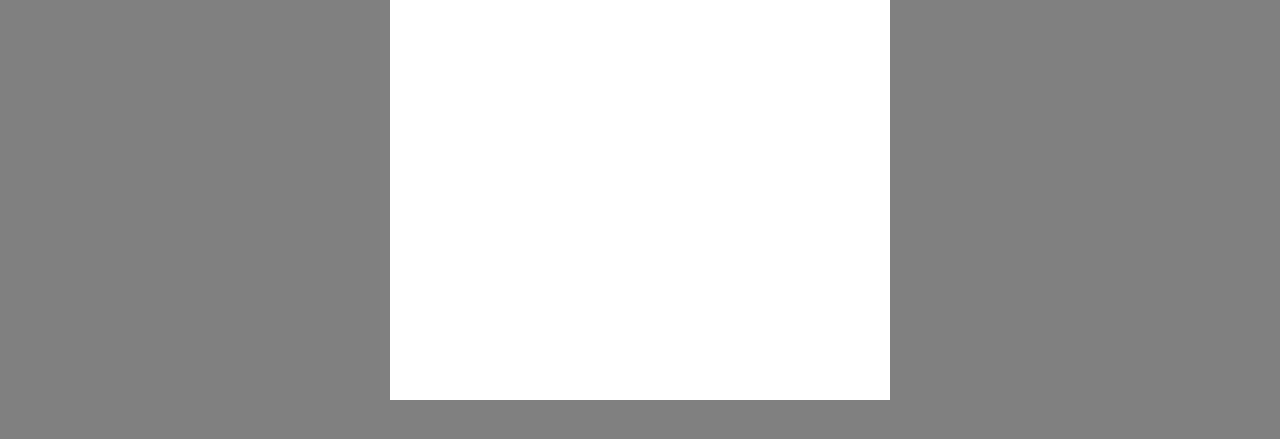
Repository: lihaitao123321/vue-demo-1
Page: /
These files come from the project's save history. The page is drawn as it stood at one moment and after the next save; the edit follows.
The browser window is 1280 px wide. The pictures show the whole page.
The project was rebuilt for these pictures with package versions that can differ from the ones it lists, and the page was loaded fresh each time.

Above is the page before, as saved 2021-12-20 10:40:00.

After the next save:
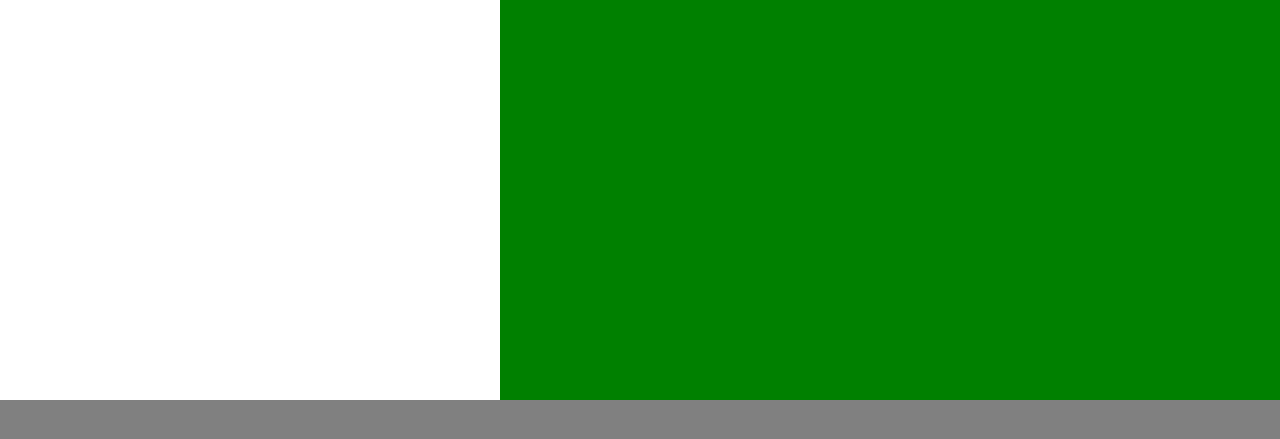
Saved 45 s later.
--- a/src/App.vue
+++ b/src/App.vue
@@ -57,6 +57,7 @@ body {
   width: 200px;
 }
 .login-container {
+  width: 100%;
   background-color: green;
 }
 .content {
